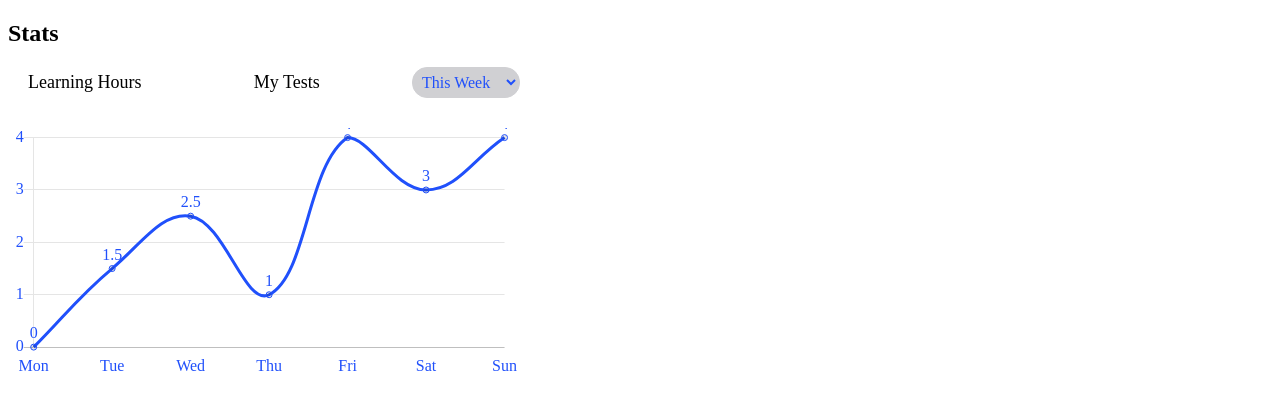
Repository: rafalzacher1/smartify-interface
Page: graphs/learning_graph.html
The author's editor kept a copy of each file at every save. The page is drawn from the files as they stood at one save, then again after the next save.
The browser window is 1280 px wide. The pictures show the whole page.
Some web fonts or font styles are not loaded; a fallback is used. Some web libraries are served in a nearby version.

Above is the page before, as saved 2022-06-30 00:53:38.

### graphs/learning_graph.html
<!DOCTYPE html>
<html lang="en">

<head>
    <script src="https://cdnjs.cloudflare.com/ajax/libs/Chart.js/2.4.0/Chart.min.js"></script>
    <link rel="stylesheet" href="./styles/learning_hours.css">
    <link href='https://fonts.googleapis.com/css?family=Baloo Bhai' rel='stylesheet'>
</head>

<body>
    <div class="learning-hours-container">
        <div class="stats-container">
            <h2>Stats</h2>

            <div id="stats-options">
                <button class="stat-option" onclick="showLearningHoursGraph()">Learning Hours</button>
                <button class="stat-option" onclick="showTestsGraph()">My Tests</button>

                <select id="graphs">
                    <option value="">This Week</option>
                    <option value="">This Month</option>
                </select>
            </div>
        </div>

        <canvas id="learning_hours"></canvas>
    </div>

    <script src="./scripts/learningHours.js"></script>
</body>

<script>
    function showLearningHoursGraph() {

    }
</script>

</html>

### graphs/styles/learning_hours.css
.learning-hours-container {
  position: relative;
  width: 40vw;
}

.stats-container {
    margin-bottom: 30px;
}

#stats-options {
  display: flex;
  justify-content: space-between;
  font-family: "Baloo Bhai";
  font-size: 16px;
}

.stat-option,
input[type="submit"],
input[type="reset"] {
  background: none;
  color: inherit;
  border: none;
  padding: 0;
  font: inherit;
  cursor: pointer;
  outline: inherit;
  width: 30%;
  font-family: "Baloo Bhai";
  font-size: 18px;
}

#graphs select {
  font-family: "Baloo Bhai";
  font-size: 26px;
  border: 1px solid #D0D0D3;
}
#graphs {
  font-family: "Baloo Bhai";
  font-size: 16px;
  color: #2050FB;
  padding: 5px;
  border: 1px solid #D0D0D3;
  border-radius: 15px;
  overflow: hidden;
  background: #D0D0D3;
}

### graphs/scripts/learningHours.js
// Data define for bar chart
var learningData = {
    labels: ["Mon", "Tue", "Wed", "Thu", "Fri", "Sat", "Sun"],
    datasets: [{
        fill: false,
        borderColor: "#2050FB",
        data: [0, 1.5, 2.5, 1, 4, 3, 4]
    }]
};
// Options to display value on top of bars
var learningOption = {
    legend: { display: false },
    scales: {
        xAxes: [{
            ticks: {
                fontColor: "#2050FB",
                fontSize: 16,
                fontFamily: "Baloo Bhai",
                stepSize: 1,
                beginAtZero: true
            },
            gridLines: {
                display: false
            }
        }],
        yAxes: [{
            ticks: {
                fontColor: "#2050FB",
                fontSize: 16,
                fontFamily: "Baloo Bhai",
                stepSize: 1,
                beginAtZero: true
            }
        }]
    },
    tooltips: {
        enabled: true
    },
    hover: {
        animationDuration: 1
    },
    animation: {
        duration: 1,
        onComplete: function () {
            var chartInstance = this.chart,
                ctx = chartInstance.ctx;
            ctx.textAlign = 'center';
            ctx.fillStyle = "#2050FB";
            ctx.textBaseline = 'bottom';
            this.data.datasets.forEach(function (dataset, i) {
                var meta = chartInstance.controller.getDatasetMeta(i);
                meta.data.forEach(function (bar, index) {
                    var data = dataset.data[index];
                    ctx.fillText(data, bar._model.x, bar._model.y - 5);
                    // console.log(dataset.data[index]);
                    // dataset.data[index] = dataset.data[index]+"H";
                    // console.log(dataset.data[index]);
                });
            });
        }
    }
};
//Code to drow Chart
var ctx = document.getElementById('learning_hours').getContext('2d');
var LearningHoursChar = new Chart(ctx, {
    type: 'line',    	// Define chart type
    data: learningData,    	// Chart data
    options: learningOption 	// Chart Options [This is optional paramenter use to add some extra things in the chart].
});

After the next save:
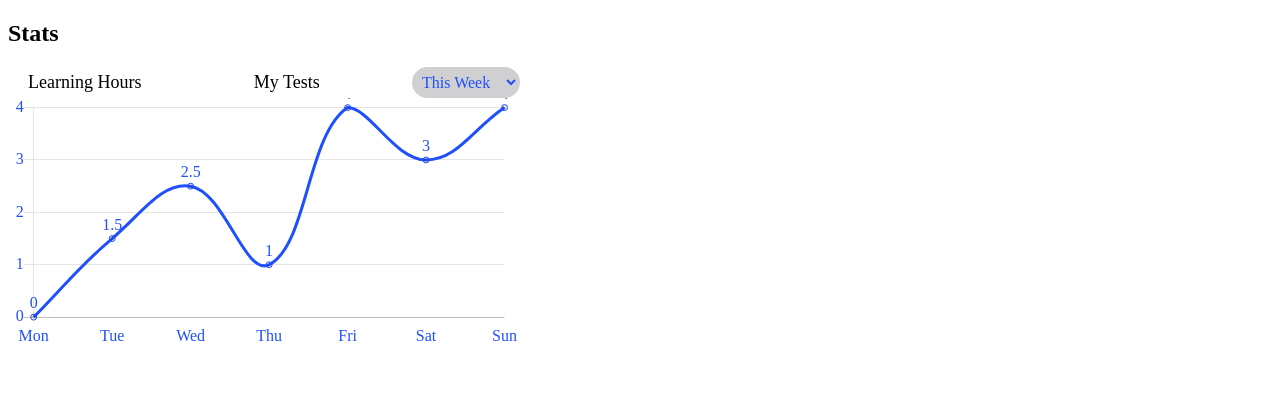
Saved 19 s later.
--- a/graphs/learning_graph.html
+++ b/graphs/learning_graph.html
@@ -9,7 +9,7 @@
 
 <body>
     <div class="learning-hours-container">
-        <div class="stats-container">
+        <div class="stats-options-container">
             <h2>Stats</h2>
 
             <div id="stats-options">

After the save that followed:
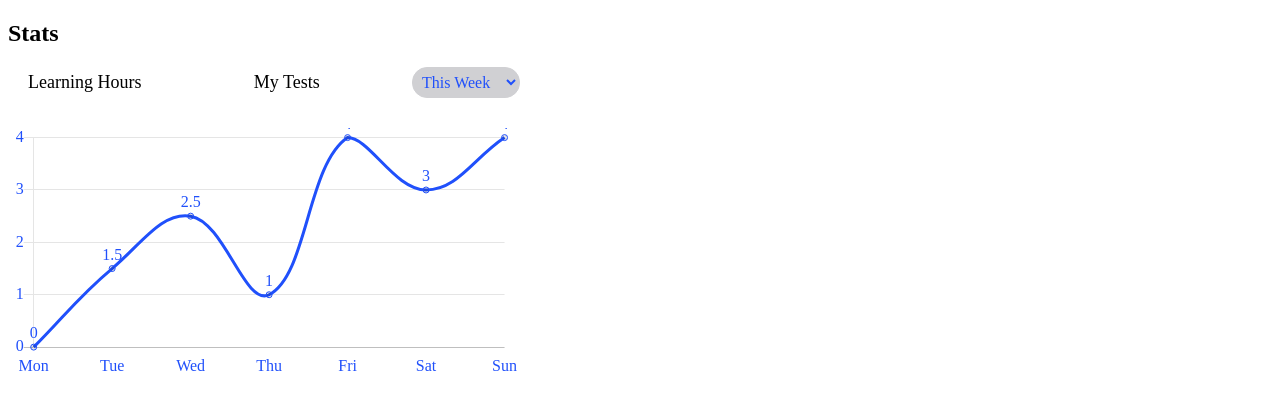
Saved 8 s later.
--- a/graphs/styles/learning_hours.css
+++ b/graphs/styles/learning_hours.css
@@ -3,7 +3,7 @@
   width: 40vw;
 }
 
-.stats-container {
+.stats-options-container {
     margin-bottom: 30px;
 }
 
